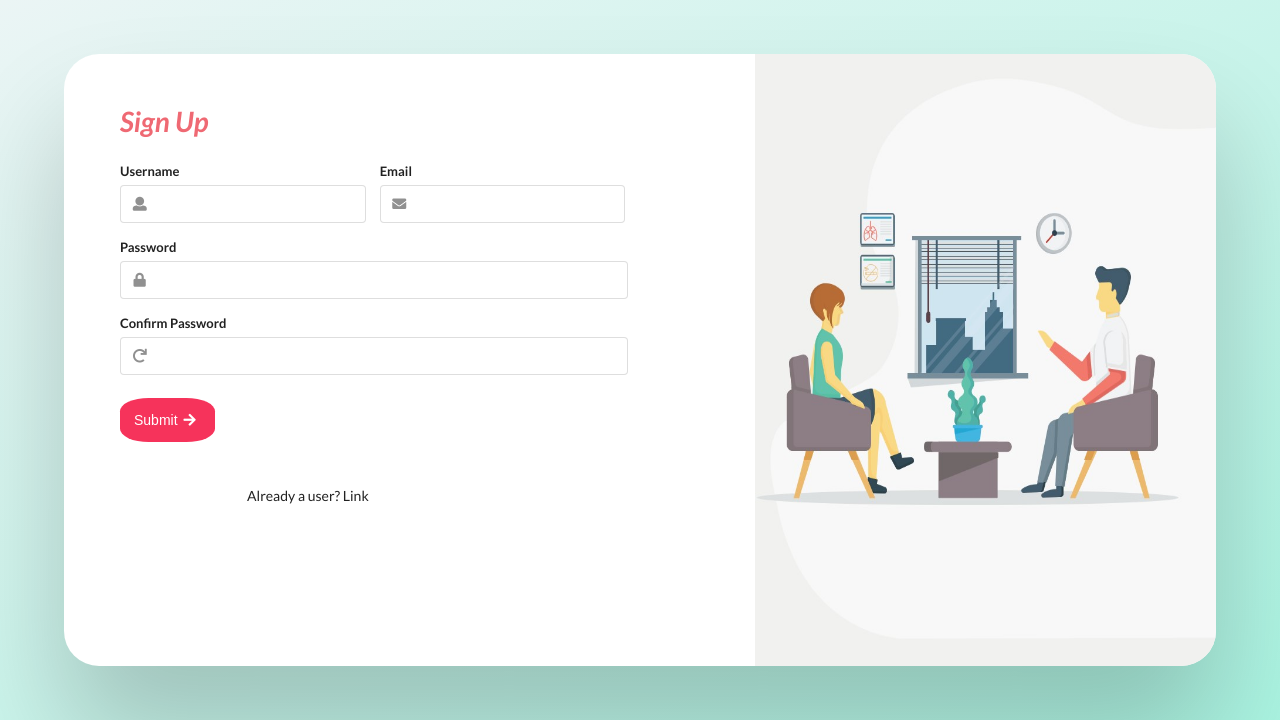
Repository: ajayaj2001/healthcare-digitization
Page: /
The author's editor kept a copy of each file at every save. The page is drawn from the files as they stood at one save, then again after a run of saves.
The browser window is 1280 px wide. The pictures show the whole page.
The project was rebuilt for these pictures with package versions that can differ from the ones it lists, and the page was loaded fresh each time. Also part of the build but not shown: src/component/userType/UserType.scss, src/component/userType/UserType.js, src/component/login/Login.scss, src/component/login/loginForm/LoginForm.scss, src/component/login/loginForm/LoginForm.js, src/component/login/Login.js.

Above is the page before, as saved 2021-03-12 22:45:35.

### public/index.html
<!DOCTYPE html>
<html lang="en">

<head>
  <meta charset="utf-8" />
  <meta name="viewport" content="width=device-width, initial-scale=1" />
  <meta name="theme-color" content="#000000" />
  <meta name="description" content="Web site created using create-react-app" />
  <link rel="stylesheet" href="https://fonts.googleapis.com/css?family=Roboto:300,400,500,700&display=swap" />
  <link rel="stylesheet" href="https://fonts.googleapis.com/icon?family=Material+Icons" />

  <!--
      manifest.json provides metadata used when your web app is installed on a
      user's mobile device or desktop. See https://developers.google.com/web/fundamentals/web-app-manifest/
    -->
  <!-- <link rel="manifest" href="%PUBLIC_URL%/manifest.json" /> -->
  <!--
      Notice the use of %PUBLIC_URL% in the tags above.
      It will be replaced with the URL of the `public` folder during the build.
      Only files inside the `public` folder can be referenced from the HTML.

      Unlike "/favicon.ico" or "favicon.ico", "%PUBLIC_URL%/favicon.ico" will
      work correctly both with client-side routing and a non-root public URL.
      Learn how to configure a non-root public URL by running `npm run build`.
    -->
  <title>medical</title>
</head>

<body>
  <noscript>You need to enable JavaScript to run this app.</noscript>
  <div id="root"></div>
  <!--
      This HTML file is a template.
      If you open it directly in the browser, you will see an empty page.

      You can add webfonts, meta tags, or analytics to this file.
      The build step will place the bundled scripts into the <body> tag.

      To begin the development, run `npm start` or `yarn start`.
      To create a production bundle, use `npm run build` or `yarn build`.
    -->
</body>

</html>

### src/index.js
import React from 'react';
import ReactDOM from 'react-dom';
import './index.scss';
import App from './component/app/App';
import 'semantic-ui-css/semantic.min.css'


ReactDOM.render(
  // <React.StrictMode>
    <App />
  // </React.StrictMode>
  ,
  document.getElementById('root')
);

### src/index.scss
code {
  font-family: source-code-pro, Menlo, Monaco, Consolas, "Courier New", monospace;
}
@mixin respond($breakpoint) {
  @if $breakpoint == phone {
    @media (max-width: 37.5em) {
      @content;
    }
  }

  @if $breakpoint == tab-land {
    @media (max-width: 75em) {
      @content;
    }
  }
  @if $breakpoint == tab-port {
    @media (max-width: 56.25em) {
      @content;
    }
  }
  @if $breakpoint == big-desktop {
    @media (min-width: 112.5em) {
      @content;
    }
  }
}

*,
*::after,
*::before {
  margin: 0;
  padding: 0;
  box-sizing: inherit;
}
body {
  font-family: "Lato", sans-serif;
  font-weight: 400;
  font-size: 16px;
  line-height: 1.7;
  color: #777;
  //padding: 30px;
  box-sizing: border-box;
  @include respond(tab-port) {
    padding: 0;
  }
}

html {
  font-size: 62.5%; //1rem=10px 10px/16px=62.5%
  @include respond(tab-land) {
    //width <1200
    font-size: 56.25%; //1rem=9px
  }
  @include respond(tab-port) {
    //<width <900
    font-size: 50%; //1rem=8px
  }
  // @include respond(phone) {
  //     //<width<600
  //     font-size: 40%; //1rem=4.8px
  // }
  @include respond(big-desktop) {
    //>1200
    font-size: 75%; //1rem=12
  }
}

### src/component/app/App.js
import './App.scss';

import UserType from "../userType/UserType";
import Login from '../login/Login';
import Register from '../register/Register';

function App() {
  return (
    <div className="App">
      {/* <UserType /> */}
      {/* <Login/> */}
      <Register/>
    </div>
  );
}

export default App;

### src/component/register/Register.js
import React from 'react'

import './Register.scss'
import sideImage from '../../img/img-2.jpg'
import RegisterForm from './registerForm/RegisterForm'

const Register = () => {
    return (
        <div className="container">
            <div className="register">
                <div className="register__signup">
                    <div className="register__signup--form"><RegisterForm /></div>
                </div>

                <img src={sideImage} alt="rocket" className="register__image" />
            </div>
        </div>
    )
}

export default Register

### src/component/register/Register.scss
.container {
    margin: 0;
    background-image: linear-gradient(to right bottom, #ebf5f5, #9af1dbd8);
    height: 100vh;
    display: flex;
    justify-content: center;
    align-items: center;
}

.register {
    background-color: white;
    width: 90%;
    height: 85%;
    display: grid;
    grid-template-columns: 60% 40%;
    @media (max-width: 65em) {
        grid-template-columns: 100%;
      }
    border-radius: 2.5rem;
    overflow: hidden;
    box-shadow: 0 5rem 8rem rgba(black, 0.2);
    &__signup {
        display: flex;
        flex-direction: column;
        justify-content: space-between;

        &--form {
            height: 70%;
        }
    }

    &__image {
        width: 100%;
        height: 100%;
    }
    @media (max-width: 65em) {
        &__image {
            display: none;
        }
      }
}

### src/component/register/registerForm/RegisterForm.js
import React, { useState } from 'react'
import { Form, Icon, Message } from 'semantic-ui-react'
// import { Link } from 'react-router-dom';
// import firebase from '../../../../firebase';
import './RegisterForm.scss'
const RegisterForm = () => {

    const [errors, seterrors] = useState("")
    const [username, setUsername] = useState("");
    const [email, setEmail] = useState("");
    const [password, setPassword] = useState("");
    const [confirmPassword, setConfirmPassword] = useState("");
    const [loading, setLoading] = useState(false);
    // const [usersRef] = useState(firebase.database().ref('users'));




    const isFormValid = () => {
        if (!username || !email || !password || !confirmPassword) {
            seterrors("Fill all the fields");
            return false;
        }
        else if (password.length < 6 || confirmPassword.length < 6) {
            if (password !== confirmPassword) {
                seterrors("Password dont match")
                return false;
            }
            else {
                seterrors("Password atleast have 6 character")
                return false;
            }
        }
        else {
            return true;
        }
    }


    const formSubmit = (event) => {
        event.preventDefault();
        if (isFormValid()) {
            setLoading(true)
            // firebase
            //     .auth()
            //     .createUserWithEmailAndPassword(email, password)
            //     .then(createdUser => {
            //         seterrors("");
            //         createdUser.user.updateProfile({
            //             displayName: username,
            //             photoURL: `http://gravatar.com/avatar/${md5(createdUser.user.email)}?d=identicon`
            //         })
            //             .then(() => {
            //                 usersRef.child(createdUser.user.uid).set({
            //                     name: createdUser.user.displayName,
            //                     avatar: createdUser.user.photoURL
            //                 });
            //                 setLoading(false);
            //             })
            //             .catch((err) => {
            //                 console.log(err);
            //                 setLoading(false);
            //                 seterrors(err.message);
            //             })
            //     })
            //     .catch(err => {
            //         seterrors(err.message);
            //         setLoading(false);
            //     });
        }
    }


    return (
        <div className="registerform">
            {
                errors ? <Message error className="registerform__error" ><h2>{errors}</h2></Message> : ""

            }

            <h4 className="registerform__heading">Sign Up </h4>
            <Form onSubmit={formSubmit}>
                <Form.Group >
                    <Form.Input
                        fluid
                        id='form-subcomponent-shorthand-input-first-name'
                        label='Username'
                        className="registerform__input1"
                        icon="user"
                        iconPosition="left"
                        type="text"
                        onChange={(event) => setUsername(event.target.value)}
                        value={username}
                    />
                    <Form.Input
                        fluid
                        id='form-subcomponent-shorthand-input-last-name'
                        label='Email'
                        icon="mail"
                        iconPosition="left"
                        type="email"
                        onChange={(event) => setEmail(event.target.value)}
                        value={email}

                        className={errors.toLowerCase().includes('email') ? 'error  registerform__input1' : ' registerform__input1'}
                    />
                </Form.Group>
                <Form.Input
                    fluid
                    name="username"
                    icon="lock"
                    iconPosition="left"
                    label="Password"
                    type="password"
                    onChange={(event) => setPassword(event.target.value)}
                    value={password}
                    className={errors.toLowerCase().includes('password') ? 'error registerform__input2' : ' registerform__input2'}
                />
                <Form.Input
                    fluid
                    name="username"
                    icon="repeat"
                    iconPosition="left"
                    label="Confirm Password"
                    type="password"
                    onChange={(event) => setConfirmPassword(event.target.value)}
                    value={confirmPassword}
                    className={errors.toLowerCase().includes('password dont match') ? 'error registerform__input2' : 'registerform__input2'}
                />
                <button type='submit' disabled={loading} className={loading ? 'loading registerform__button' : "registerform__button"} >Submit <Icon name="arrow right" /> </button>
            </Form>
            <div className="registerform__link">Already a user? Link{/*<Link to="/login">  Login</Link>*/}</div>

        </div>
    )
}

export default RegisterForm

### src/component/register/registerForm/RegisterForm.scss
.registerform {
    margin-top: 3.5rem;
    padding-left: 4rem;
    &__heading {
        padding-bottom: 0.6rem;
        color: #ef6973;
        font-size: 2rem;
        font-weight: 900;
        font-style: italic;
    }
    &__input1 {
        width: 40%;
    }
    &__input2 {
        width: 80%;
    }
    &__button {
        background-color: #f6335b;
        border: none;
        padding: 1rem 1rem;
        border-radius: 30%;
        color: white;
        margin-top: 0.6rem;
    }
    &__button:focus,&__button:hover {
        outline: none;
        background-color: #fd012b;
    }
    &__link {
        padding-left: 20%;
        padding-top: 7%;
    }
    &__error {
        margin-top: -2rem !important;
        padding: 1.3rem !important;
    }
}

Loaded but not shown: src/component/app/App.scss (no stored copy; drawn as an empty file)

After the next 2 saves:
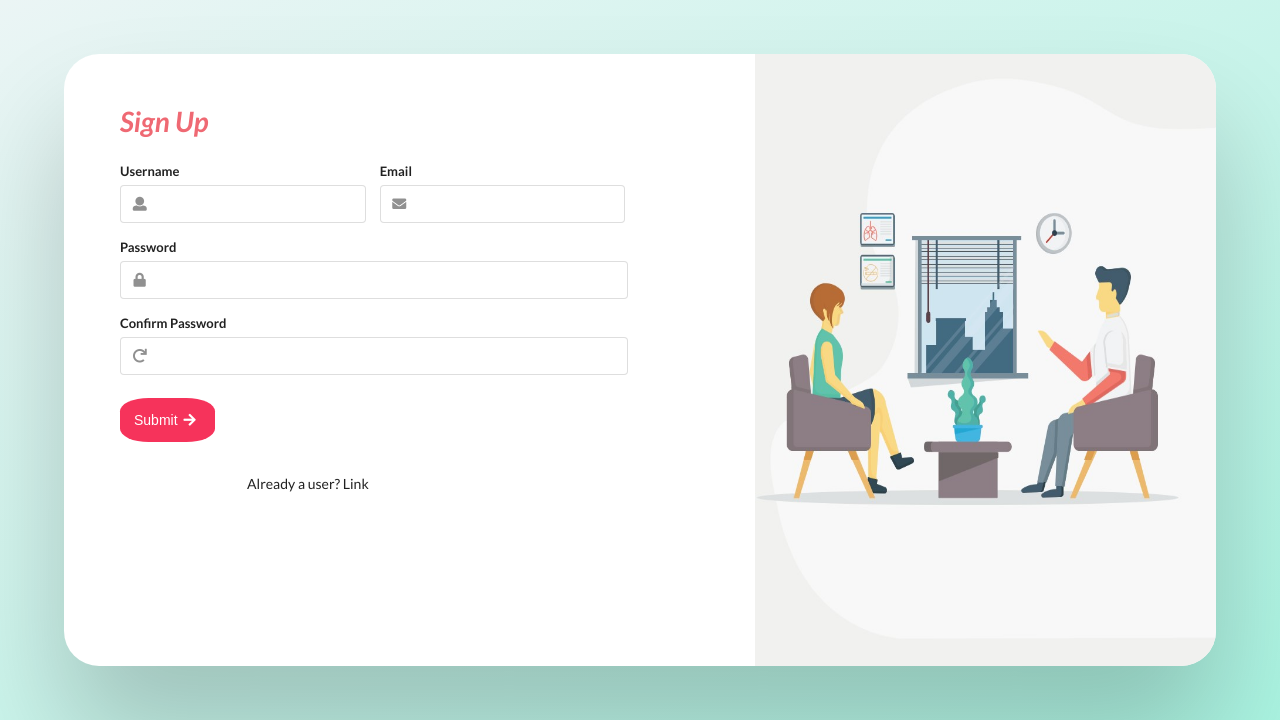
The 2 saves are shown as one change because they came seconds apart.
The last was saved 10 s later.
--- a/src/component/register/registerForm/RegisterForm.scss
+++ b/src/component/register/registerForm/RegisterForm.scss
@@ -28,7 +28,7 @@
     }
     &__link {
         padding-left: 20%;
-        padding-top: 7%;
+        padding-top: 5%;
     }
     &__error {
         margin-top: -2rem !important;
